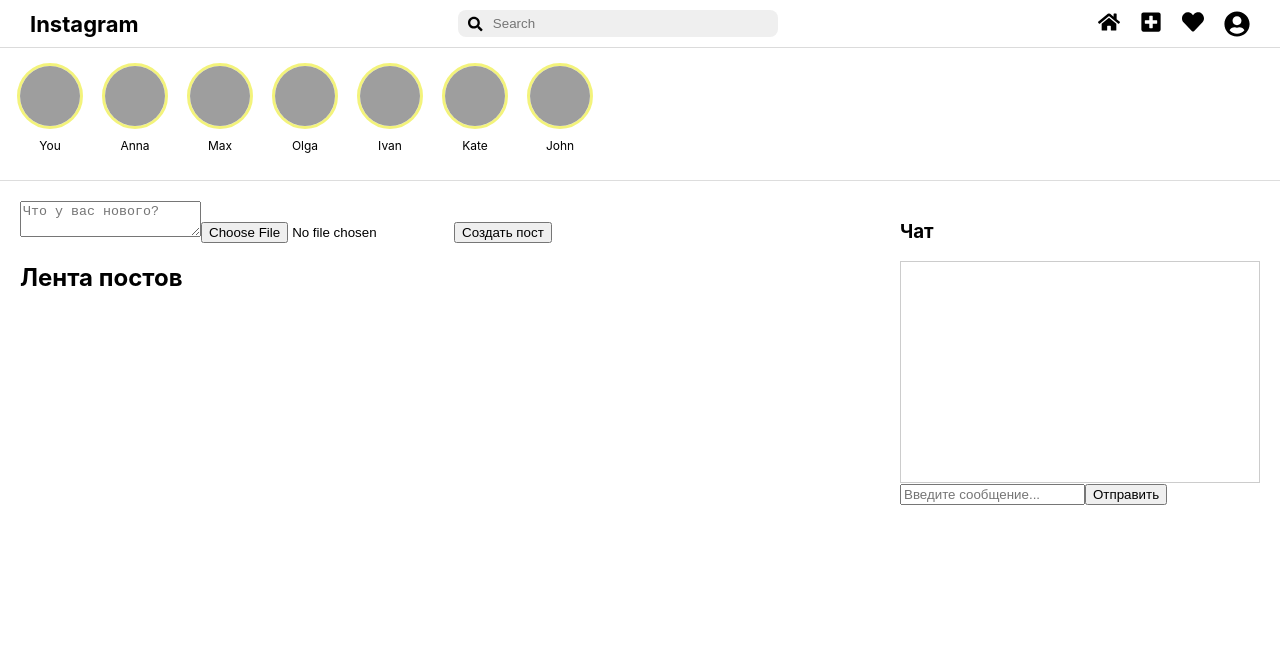
Repository: JuliiaJuliia/project-ichgram
Page: /
The author's editor kept a copy of each file at every save. The page is drawn from the files as they stood at one save, then again after the next save.
The browser window is 1280 px wide. The pictures show the whole page.
Pictures or frames that could not be fetched are drawn as grey boxes. The page's requests for data from a server got no answer. The project was rebuilt for these pictures with package versions that can differ from the ones it lists, and the page was loaded fresh each time. No one was signed in, and anything a server would have sent is missing.

Above is the page before, as saved 2026-02-19 07:47:02.

### src/App.js
import Home from "./pages/Home";

function App() {
  return <Home />;
}

export default App;

### src/pages/Home.js
import Navbar from "../components/layout/Navbar";
import Feed from "../components/Feed";
import PostForm from "../components/PostForm";
import Chat from "../components/Chat";
import Stories from "../components/Stories";


const Home = () => {
  const chatId = "123";
  const userId = "user123";

  return (
    <div>

      <Navbar />
      <Stories />

      <div style={{ display: "flex" }}>

        {/* Левая колонка */}
        <div style={{ width: "70%", padding: "20px" }}>
          <PostForm />
          <Feed />
        </div>

        {/* Правая колонка */}
        <div style={{ width: "30%", padding: "20px" }}>
          <Chat chatId={chatId} userId={userId} />
        </div>

      </div>
    </div>

  );
};


export default Home;

### src/components/layout/Navbar.js
import React from "react";
import {
  FaHome,
  FaSearch,
  FaPlusSquare,
  FaHeart,
  FaUserCircle,
} from "react-icons/fa";

const Navbar = () => {
  return (
    <div style={styles.navbar}>

      {/* Логотип */}
      <div style={styles.logo}>Instagram</div>

      {/* Поиск */}
      <div style={styles.searchBox}>
        <FaSearch />
        <input
          type="text"
          placeholder="Search"
          style={styles.input}
        />
      </div>

      {/* Иконки */}
      <div style={styles.icons}>
        <FaHome size={22} />
        <FaPlusSquare size={22} />
        <FaHeart size={22} />
        <FaUserCircle size={26} />
      </div>

    </div>
  );
};

const styles = {
  navbar: {
    display: "flex",
    alignItems: "center",
    justifyContent: "space-between",
    padding: "10px 30px",
    borderBottom: "1px solid #dbdbdb",
    background: "#fff",
    position: "sticky",
    top: 0,
    zIndex: 1000,
  },
  logo: {
    fontSize: "22px",
    fontWeight: "bold",
  },
  searchBox: {
    display: "flex",
    alignItems: "center",
    background: "#efefef",
    padding: "5px 10px",
    borderRadius: "8px",
    width: "300px",
  },
  input: {
    border: "none",
    outline: "none",
    background: "transparent",
    marginLeft: "8px",
    width: "100%",
  },
  icons: {
    display: "flex",
    gap: "20px",
    cursor: "pointer",
  },
};

export default Navbar;

### src/components/Feed.js
import React, { useEffect, useState } from "react";

const Feed = ({ userId }) => {
  const [posts, setPosts] = useState([]);
  const [commentText, setCommentText] = useState({}); // Для хранения текста комментариев по постам

  useEffect(() => {
    const fetchPosts = async () => {
      try {
        const response = await fetch("http://localhost:3001/api/posts");
        const data = await response.json();
        setPosts(data);
      } catch (err) {
        console.error("Ошибка при получении постов:", err);
      }
    };

    fetchPosts();
  }, []);

  // Лайк поста
  const handleLike = async (postId) => {
    try {
      const response = await fetch(`http://localhost:3001/api/posts/${postId}/like`, {
        method: "PUT",
        headers: {
          "Content-Type": "application/json",
          Authorization: `Bearer ${localStorage.getItem("token")}`, // если используем токен
        },
      });
      const updatedPost = await response.json();
      setPosts(posts.map((p) => (p._id === postId ? updatedPost : p)));
    } catch (err) {
      console.error("Ошибка при лайке:", err);
    }
  };

  // Добавление комментария
  const handleComment = async (postId) => {
    if (!commentText[postId]) return;
    try {
      const response = await fetch(`http://localhost:3001/api/posts/${postId}/comment`, {
        method: "POST",
        headers: {
          "Content-Type": "application/json",
          Authorization: `Bearer ${localStorage.getItem("token")}`,
        },
        body: JSON.stringify({ text: commentText[postId] }),
      });
      const updatedPost = await response.json();
      setPosts(posts.map((p) => (p._id === postId ? updatedPost : p)));
      setCommentText({ ...commentText, [postId]: "" });
    } catch (err) {
      console.error("Ошибка при комментарии:", err);
    }
  };

  return (
    <div>
      <h2>Лента постов</h2>
      {posts.map((post) => (
        <div key={post._id} style={{ border: "1px solid #ccc", padding: "10px", marginBottom: "10px" }}>
          <b>{post.user?.username || "User"}</b>
          <p>{post.text}</p>
          {post.image && <img src={post.image} alt="post" style={{ maxWidth: "100%" }} />}
          <p>Лайков: {post.likes?.length || 0}</p>
          <button onClick={() => handleLike(post._id)}>❤️ Лайк</button>

          <div style={{ marginTop: "10px" }}>
            <input
              type="text"
              value={commentText[post._id] || ""}
              onChange={(e) => setCommentText({ ...commentText, [post._id]: e.target.value })}
              placeholder="Написать комментарий..."
            />
            <button onClick={() => handleComment(post._id)}>Отправить</button>
          </div>

          <div style={{ marginTop: "10px" }}>
            {post.comments?.map((c, idx) => (
              <p key={idx}>
                <b>{c.user}</b>: {c.text}
              </p>
            ))}
          </div>
        </div>
      ))}
    </div>
  );
};

export default Feed;

### src/components/PostForm.js
import React, { useState } from "react";

const PostForm = () => {
  const [text, setText] = useState("");
  const [selectedFile, setSelectedFile] = useState(null);

  const handleFileChange = (e) => {
    setSelectedFile(e.target.files[0]);
  };

  const handleSubmit = async (e) => {
    e.preventDefault();

    if (!text && !selectedFile) {
      alert("Введите текст или выберите изображение!");
      return;
    }

    const formData = new FormData();
    formData.append("text", text);
    if (selectedFile) {
      formData.append("image", selectedFile);
    }

    try {
      const response = await fetch("http://localhost:3001/api/posts", {
        method: "POST",
        headers: {
          Authorization: "Bearer " + localStorage.getItem("token"), // токен из логина
        },
        body: formData,
      });

      if (!response.ok) {
        throw new Error("Ошибка при создании поста");
      }

      const result = await response.json();
      console.log("Пост успешно создан:", result);
      setText("");
      setSelectedFile(null);
    } catch (error) {
      console.error("Ошибка:", error);
    }
  };

  return (
    <form onSubmit={handleSubmit}>
      <textarea
        placeholder="Что у вас нового?"
        value={text}
        onChange={(e) => setText(e.target.value)}
      />
      <input type="file" onChange={handleFileChange} />
      <button type="submit">Создать пост</button>
    </form>
  );
};

export default PostForm;

### src/components/Chat.js
import React, { useEffect, useState, useRef } from "react";
import { io } from "socket.io-client";

const Chat = ({ chatId, userId }) => {
  const [messages, setMessages] = useState([]);
  const [newMessage, setNewMessage] = useState("");
  const socketRef = useRef(); // сохраняем один socket

  useEffect(() => {
    // Подключаемся к WebSocket серверу
    socketRef.current = io("http://localhost:4000");

    // Присоединяемся к комнате чата
    socketRef.current.emit("joinRoom", chatId);

    // Слушаем входящие сообщения
    socketRef.current.on("message", (message) => {
      setMessages((prev) => [...prev, message]);
    });

    // Очистка при закрытии компонента
    return () => {
      socketRef.current.emit("leaveRoom", chatId);
      socketRef.current.disconnect();
    };
  }, [chatId]);

  const handleSend = () => {
    if (!newMessage) return;

    const messageData = { chatId, userId, text: newMessage };

    // Используем один и тот же socket
    socketRef.current.emit("sendMessage", messageData);

    setNewMessage("");
  };

  return (
    <div>
      <h3>Чат</h3>
      <div style={{ border: "1px solid #ccc", padding: "10px", height: "200px", overflowY: "scroll" }}>
        {messages.map((msg, idx) => (
          <div key={idx}>
            <b>{msg.userId}</b>: {msg.text}
          </div>
        ))}
      </div>
      <input
        type="text"
        value={newMessage}
        onChange={(e) => setNewMessage(e.target.value)}
        placeholder="Введите сообщение..."
      />
      <button onClick={handleSend}>Отправить</button>
    </div>
  );
};

export default Chat;

### src/components/Stories.js
import "./Stories.css";

const stories = [
  { id: 1, name: "You", avatar: "https://i.pravatar.cc/150?img=1" },
  { id: 2, name: "Anna", avatar: "https://i.pravatar.cc/150?img=2" },
  { id: 3, name: "Max", avatar: "https://i.pravatar.cc/150?img=3" },
  { id: 4, name: "Olga", avatar: "https://i.pravatar.cc/150?img=4" },
  { id: 5, name: "Ivan", avatar: "https://i.pravatar.cc/150?img=5" },
  { id: 6, name: "Kate", avatar: "https://i.pravatar.cc/150?img=6" },
  { id: 7, name: "John", avatar: "https://i.pravatar.cc/150?img=7" },
];

const Stories = () => {
  return (
    <div className="stories">
      {stories.map((story) => (
        <div key={story.id} className="story">
          <img src={story.avatar} alt={story.name} />
          <p>{story.name}</p>
        </div>
      ))}
    </div>
  );
};

export default Stories;

### src/components/Stories.css
.stories {
    display: flex;
    overflow-x: auto;
    gap: 15px;
    padding: 15px;
    border-bottom: 1px solid #ddd;
    background: white;
  }

  .story {
    text-align: center;
    min-width: 70px;
  }

  .story img {
    width: 60px;
    height: 60px;
    border-radius: 50%;
    border: 3px solid #eaea1d94;
    object-fit: cover;
  }

  .story p {
    font-size: 12px;
    margin-top: 5px;
  }

Loaded but not shown: public/index.html (common file); src/index.js (common file); src/index.css (common file); src/reportWebVitals.js (common file); src/App.css (common file)

After the next save:
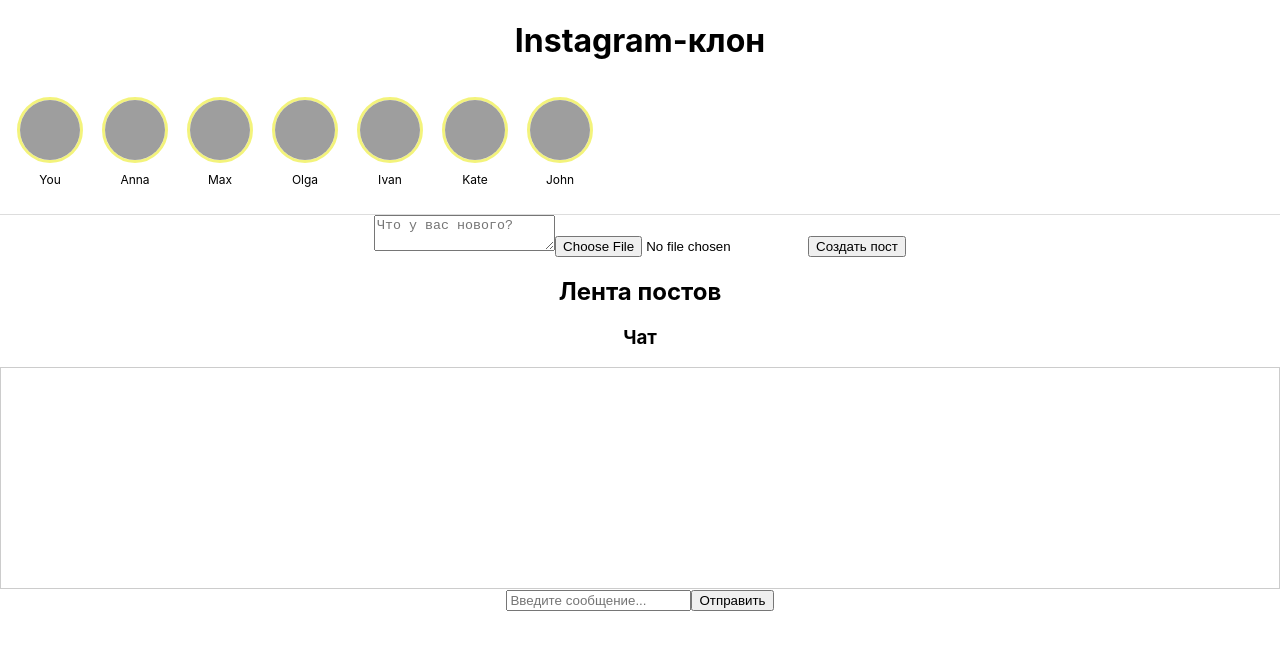
Saved 3 min 11 s later.
--- a/src/App.js
+++ b/src/App.js
@@ -1,7 +1,26 @@
-import Home from "./pages/Home";
+import "./App.css";
+import PostForm from "./components/PostForm";
+import Chat from "./components/Chat";
+import Feed from "./components/Feed";
+import Stories from "./components/Stories";
 
 function App() {
-  return <Home />;
+  const chatId = "123";
+  const userId = "user123";
+
+  return (
+    <div className="App">
+      <h1>Instagram-клон</h1>
+
+      <Stories />
+
+      <PostForm />
+
+      <Feed />
+
+      <Chat chatId={chatId} userId={userId} />
+    </div>
+  );
 }
 
 export default App;
